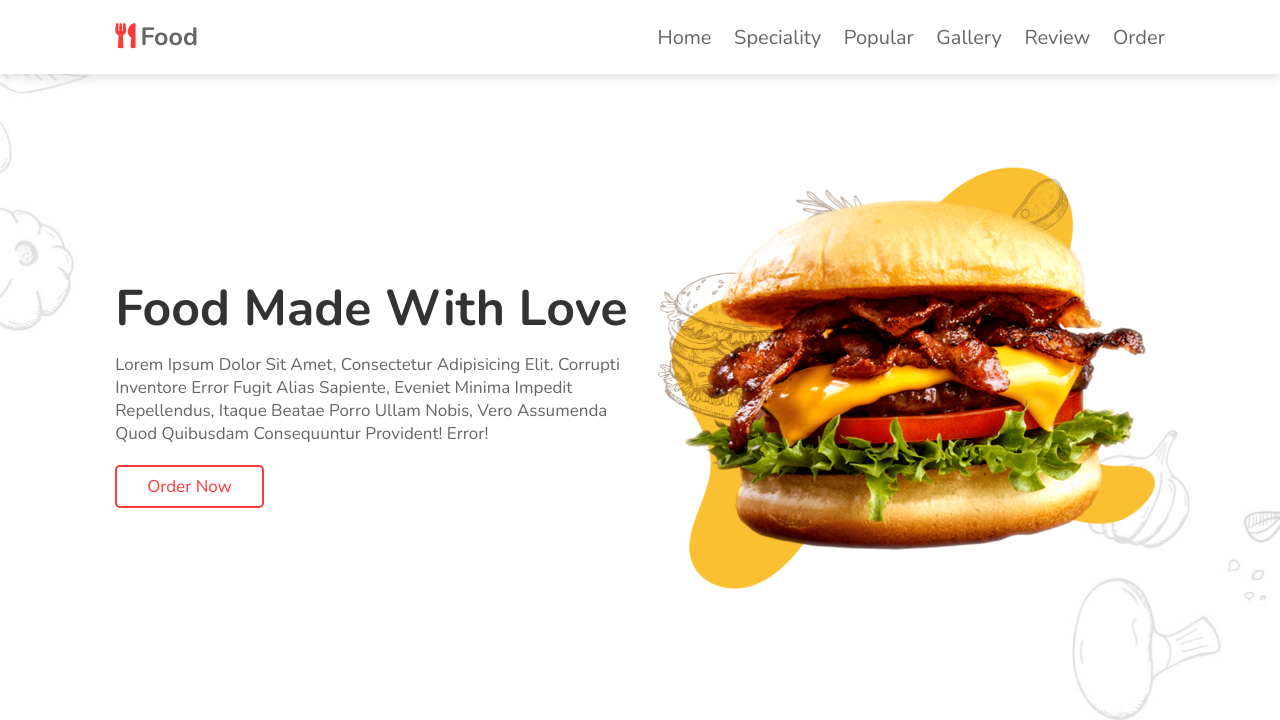
Repository: ManhTanVN/food
Page: index.html
The author's editor kept a copy of each file at every save. The page is drawn from the files as they stood at one save, then again after the next save.
The browser window is 1280 px wide. The pictures show the whole page.
The style sheet was rebuilt from its Sass, Less or Tailwind sources for each picture, by a compiler version that may differ from the author's.

Above is the page before, as saved 2021-08-29 15:15:23.

After the next save:
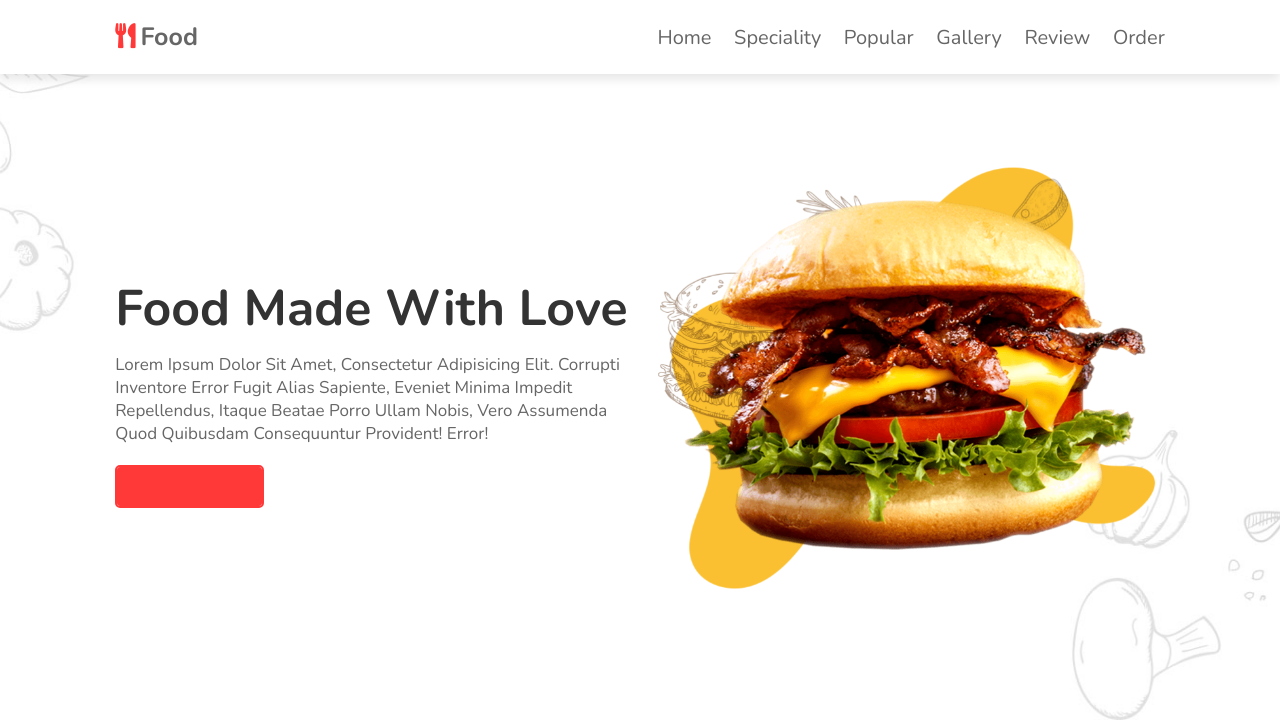
Saved 2 min 8 s later.
--- a/sass/_btn.scss
+++ b/sass/_btn.scss
@@ -10,4 +10,14 @@
     overflow: hidden;
     z-index: 0;
     margin-top: 1rem;
+    &::after {
+        content: "";
+        position: absolute;
+        top: 0;
+        left: 0;
+        width: 100%;
+        height: 100%;
+        background: $color-red;
+        transition: .2s linear;
+    }
 }
